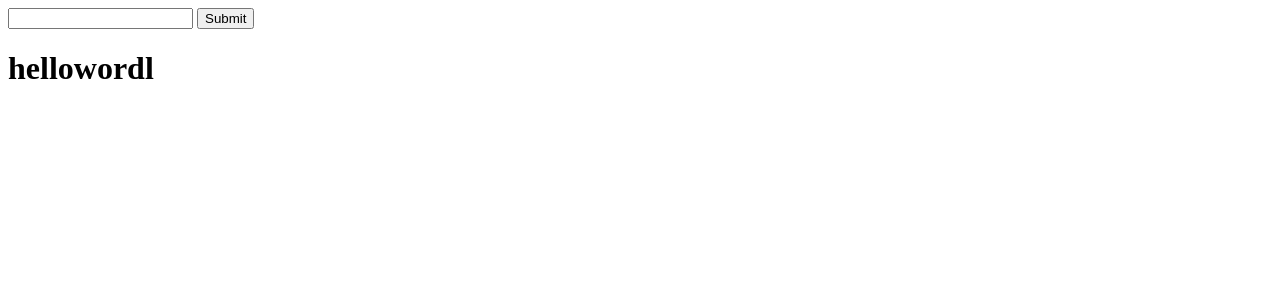
Repository: fakebrianho/baseExample
Page: public/index.html
These files come from the project's save history. The page is drawn as it stood at one moment and after the next save; the edit follows.
The browser window is 1280 px wide. The pictures show the whole page.

Above is the page before, as saved 2022-11-27 19:56:33.

After the next save:
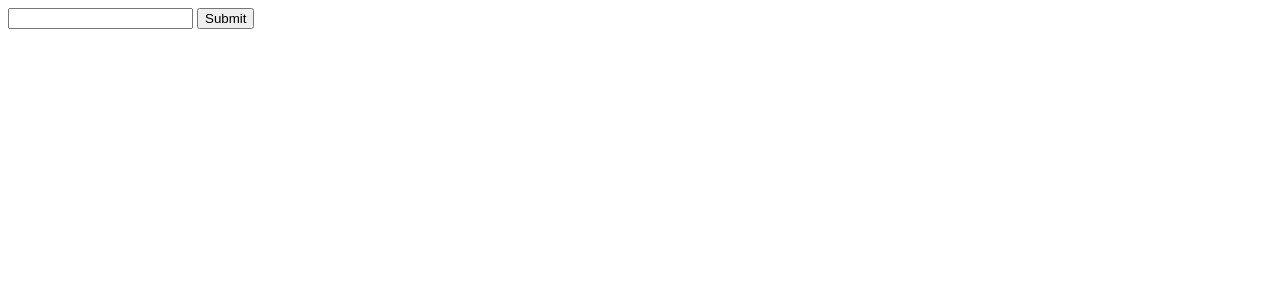
Saved 54 s later.
--- a/public/index.html
+++ b/public/index.html
@@ -15,8 +15,6 @@
         <label for="button"></label>
         <input type="submit" name="button" id="button">
     </form>
-    <h1>hellowordl</h1>
-
 </body>
 
 </html>
